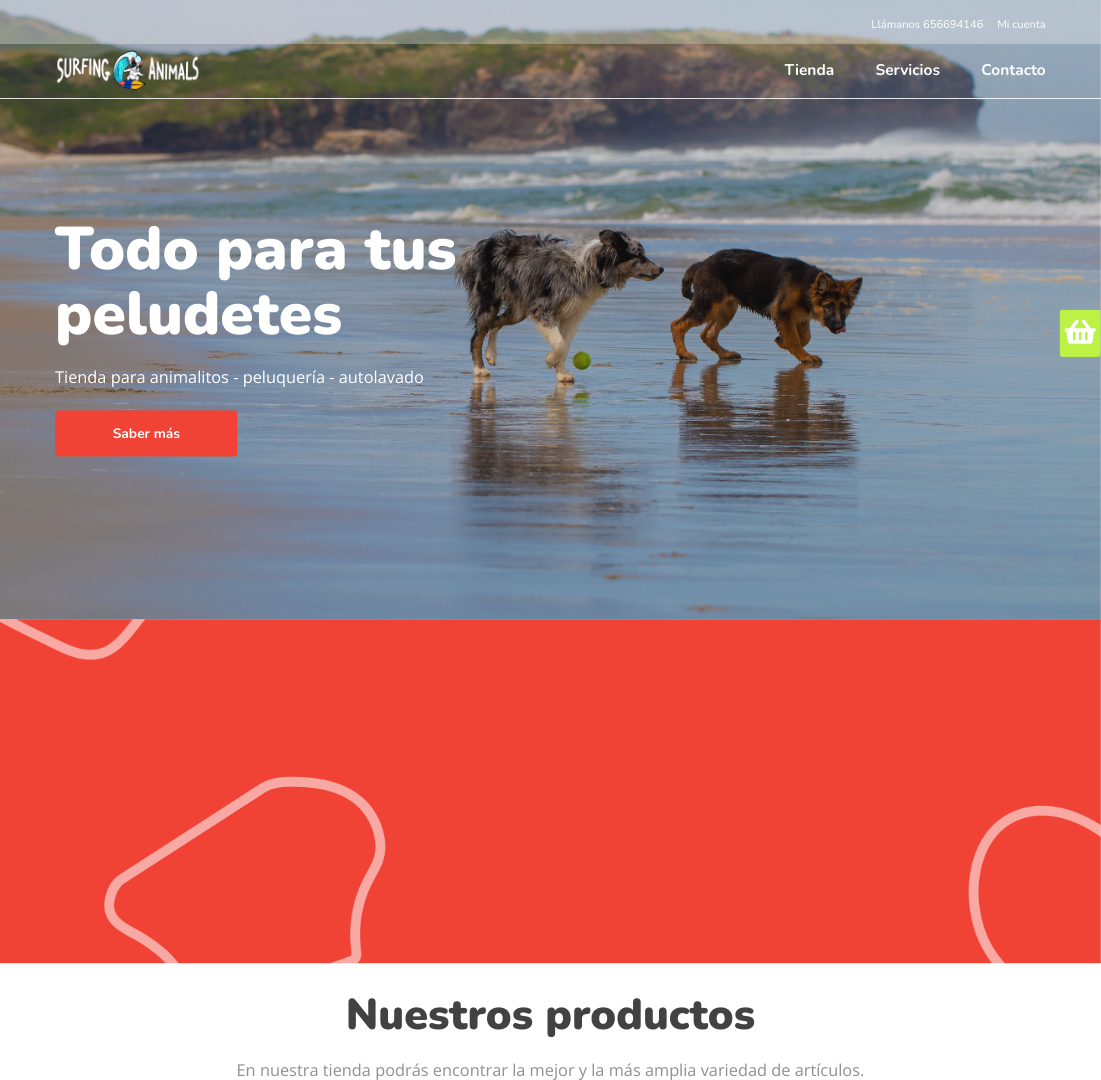
Repository: MarilynCuore/landingVet
Page: index.html
The author's editor kept a copy of each file at every save. The page is drawn from the files as they stood at one save, then again after the next save.
The browser window is 1280 px wide. The pictures show the part of the page from y = 0 to 1256 px (the page is 3064 px tall before and 2964 px after), at 86% of full size.
Pictures or frames that could not be fetched are drawn as grey boxes. Some web libraries are served in a nearby version. The style sheet was rebuilt from its Sass, Less or Tailwind sources for each picture, by a compiler version that may differ from the author's.

Above is the page before, as saved 2020-06-25 14:05:43.

### index.html
<!DOCTYPE html>
<html lang="en">

<head>
    <meta charset="UTF-8">
    <meta name="viewport" content="width=device-width, initial-scale=1.0">
    <title>Document</title>
    <link rel="stylesheet" href="./main.css">
    <link rel="stylesheet" href="https://cdnjs.cloudflare.com/ajax/libs/font-awesome/5.13.0/css/all.min.css">
    <link rel="stylesheet" href="./swiper-master/package/css/swiper.min.css">
    <script src="./swiper-master/package/js/swiper.js"></script>
    <script src="./main.js"></script>
</head>

<body>
    <a href="http://surfinganimals.tienda.today/#pl" class="store"><i class="fas fa-shopping-basket"></i>
    </a>
    <!--Nav-->
    <nav>
        <div class="top-bar">
            <div class="container">
                <ul>
                    <li>
                        <a href="tel:+34656694146">Llámanos 656694146</a>
                    </li>
                    <li>
                        <a href="http://surfinganimals.tienda.today/#login">Mi cuenta</a>
                    </li>
                </ul>
            </div>
        </div>
        <div class="bottom-bar">
            <div class="container">
                <ul>
                    <li>
                        <a href="">
                            <img class="logo" src="./assets/white.png" width="170">
                        </a>
                    </li>
                </ul>
                <ul>
                    <li>
                        <a href="http://surfinganimals.tienda.today/#pl">Tienda</a>
                    </li>
                    <li>
                        <a href="#service">Servicios</a>
                    </li>
                    <li>
                        <a href="#contact">Contacto</a>
                    </li>
                </ul>
            </div>

        </div>

    </nav>
    <a href=""></a>
    <header>
        <div class="container">
            <h1>Todo para tus peludetes</h1>
            <p>Tienda para animalitos - peluquería - autolavado</p>
            <a href="#info">Saber más</a>
        </div>

    </header>
    <section>

    </section>
    <section id="service">
        <div class="container">
            <div class="title">
                <h2>Nuestros productos</h2>
                <p>En nuestra tienda podrás encontrar la mejor y la más amplia variedad de artículos. <br>Tenemos más de
                    4.000 productos con los mejores precios especialmente <br>pensados para ti y para tu mejor amigo.</p>
            </div>
            <div class="grid">
                <div class="grid__container">
                    <div class="title">
                        <strong><a href="http://surfinganimals.tienda.today/#pl!eyJjIjozMTAxMjU4MiwicyI6IiIsInEiOiIxMiIsIm8iOiJpbWFnZSIsInBtaW4iOjAuMDEsInBtYXgiOjcwMy40Nn0=">Saber más</a></strong>
                        <span>Perros</span>
                    </div>
                </div>
                <div class="grid__container">
                    <div class="title">
                        <strong><a href="http://surfinganimals.tienda.today/#pl!eyJjIjozMTAxMjU4MywicyI6IiIsInEiOiIxMiIsIm8iOiJpbWFnZSIsInBtaW4iOjAuMDEsInBtYXgiOjcwMy40Nn0=">Saber más</a></strong>
                        <span>Gatos</span>
                    </div>
                </div>
                <div class="grid__container">
                    <div class="title">
                        <strong><a href="http://surfinganimals.tienda.today/#pl!eyJjIjozMTAxMjU4NCwicyI6IiIsInEiOiIxMiIsIm8iOiJpbWFnZSIsInBtaW4iOjAuMDEsInBtYXgiOjcwMy40Nn0=">Saber más</a></strong>
                        <span>Otros</span>
                    </div>
                </div>
            </div>
        </div>
    </section>
    <div class="swiper-container" id="info">
        <div class="swiper-wrapper">
            <div class="swiper-slide">
                <h1>Apertura <span>1 de junio</span> 2020</h1>
            </div>
            <div class="swiper-slide">
                <h1>LIBRE DE <span>COVID 19</span> <br> Desinfectamos diariamente con ozono</h1>
            </div>
            <div class="swiper-slide">
                <h1>PROMOCIÓN <span>20%</span> DE DESCUENTO <br> En todos los servicios de peluquería <br>
                    <small>(válido del 1 al 30 de junio del 2020)</small>
                </h1>
            </div>
        </div>
        <!-- If we need pagination -->
        <div class="swiper-pagination"></div>
        <!-- If we need navigation buttons -->
        <div class="swiper-button-prev"></div>
        <div class="swiper-button-next"></div>

    </div>
    <section id="contact">
        <div class="one">
            <div class="content container">
                <h3>Encuéntranos o ponte en contacto</h3>
                <div>
                    <p>Avenida de Xixo, 2  03502 Benidorm (Alicante)</p>
                    <a href="mailto:surfinganimalss@gmail.com">surfinganimalss@gmail.com</a>
                </div>
            </div>

        </div>
        <div class="two">
            <iframe
                src="https://www.google.com/maps/embed?pb=!1m18!1m12!1m3!1d3120.8457343049804!2d-0.1457208846487158!3d38.53732407962783!2m3!1f0!2f0!3f0!3m2!1i1024!2i768!4f13.1!3m3!1m2!1s0xd6204ce21245b81%3A0x5f329e0837acba10!2sAv.%20de%20Xixo%2C%202%2C%2003502%20Benidorm%2C%20Alicante!5e0!3m2!1ses!2ses!4v1590587822683!5m2!1ses!2ses"
                width="100%" height="450" frameborder="0" style="border:0;" allowfullscreen="" aria-hidden="false"
                tabindex="0"></iframe>
        </div>
    </section>
    <footer>
        <div class="container">
            <div>
                <ul>
                    <li>
                        <a href="">
                            <img src="./assets/footer.png" alt="" width="100">
                        </a>

                    </li>
                </ul>
            </div>
            <div>
                <h5>Tienda</h5>
                <ul>
                    <li>
                        <a href="http://surfinganimals.tienda.today/#pl!eyJjIjozMTAxMjU4MiwicyI6IiIsInEiOiIxMiIsIm8iOiJpbWFnZSIsInBtaW4iOjAuMDEsInBtYXgiOjcwMy40Nn0=">Perros</a>
                    </li>
                    <li>
                        <a href="http://surfinganimals.tienda.today/#pl!eyJjIjozMTAxMjU4MywicyI6IiIsInEiOiIxMiIsIm8iOiJpbWFnZSIsInBtaW4iOjAuMDEsInBtYXgiOjcwMy40Nn0=
                        ">Gatos</a>
                    </li>
                    <li>
                        <a href="http://surfinganimals.tienda.today/#pl!eyJjIjozMTAxMjU4NCwicyI6IiIsInEiOiIxMiIsIm8iOiJpbWFnZSIsInBtaW4iOjAuMDEsInBtYXgiOjcwMy40Nn0=">Otros animales</a>
                    </li>
                </ul>
            </div>
            <div>
                <h5>Enlaces</h5>
                <ul>
                    <li>
                        <a href="#contact">Contacto</a>
                    </li>
                    <li>
                        <a href="#service">Servicios</a>
                    </li>
                </ul>
            </div>
            <div>
                <h5>Instagram</h5>
                <div class="grid">
                    <a href=""></a>
                    <a href=""></a>
                    <a href=""></a>
                    <a href=""></a>
                    <a href=""></a>
                    <a href=""></a>
                </div>
            </div>
        </div>
    </footer>
</body>

</html>

### main.scss
@import url("https://fonts.googleapis.com/css2?family=Nunito:ital,wght@0,200;0,300;0,400;0,600;0,700;0,800;0,900;1,200;1,300;1,400;1,600;1,700;1,800;1,900&display=swap");
@import url("https://fonts.googleapis.com/css2?family=Open+Sans:ital,wght@0,300;0,400;0,600;0,700;0,800;1,300;1,400;1,600;1,700;1,800&display=swap");
$color-primary: #f04336;
html {
  scroll-behavior: smooth;
}
:root {
  --swiper-theme-color: #bbf243 !important;
}
.container {
  max-width: 90%;
  margin: 0 auto;
}
.store {
  position: fixed;
  right: 0;
  top: 50%;
  color: white;
  background-color: #bbf243;
  border-color: #ffffff;
  padding: 5px;
  text-decoration: none;
  font-weight: bold;
  font-family: "Nunito", sans-serif;
  border: 1px solid transparent;
  overflow: hidden;
  border-radius: 4px;
  font-size: 2rem;
  z-index: 999999999999;
}
.active {
  z-index: 10000;
  .top-bar {
    display: none;
  }
  background-color: white !important;
  .bottom-bar {
    padding-top: 0 !important;
    border-bottom: none !important;
  }
  ul {
    li {
      a {
        color: #adadad !important;
      }
    }
  }
}

nav {
  &.active {
    padding: 0;
  }
  background: transparent;
  position: fixed;
  left: 0;
  width: 100%;
  z-index: 10;
  border-bottom: solid 0.5px white;
  padding-top: 1rem;
  padding-bottom: 0;
  transition: all 0.3s ease-in-out;
  .top-bar {
    background-color: rgba(white, 0.3);
    position: fixed;
    top: 0;
    width: 100%;
    height: 35px;
    font-size: 13px;
    line-height: 1;
    z-index: 110;
    padding-top: 1rem;
    .container {
      margin-top: 5px;
      ul {
        display: flex;
        align-items: center;
        justify-content: flex-end;
        margin: 0px !important;
        li {
          list-style: none;
          a {
            text-decoration: none;
            color: white;
            font-size: 13px;
            font-weight: normal;
            font-family: "Nunito", sans-serif;
            &:hover {
              color: $color-primary;
            }
          }
          &:nth-of-type(1) {
            padding-right: 1rem;
          }
        }
      }
    }
  }
  .bottom-bar {
    padding-top: 2rem;
    .container {
      display: flex;
      align-items: center;
      justify-content: space-between;
      ul {
        width: 100%;
        margin: 0;
        padding-left: 0px;
        &:nth-of-type(2) {
          display: flex;
          align-self: center;
          justify-content: flex-end;
          li {
            padding-right: 3rem;
            &:last-child {
              padding-right: 0px !important;
            }
          }
        }
        li {
          list-style: none;
          a {
            text-decoration: none;
            color: white;
            font-size: 18px;
            font-weight: bold;
            font-family: "Nunito", sans-serif;
            img {
              padding-top: 0.5rem;
            }
            &:hover {
              color: $color-primary;
            }
          }
        }
      }
    }
  }
}
header {
  background-image: url("./assets/bg-vet.jpg");
  background-size: cover;
  background-position: bottom;
  background-repeat: no-repeat;
  height: 100vh;
  width: 100vw;
  position: relative;
  .container {
    padding-top: 2em;
    height: 100%;
    display: flex;
    flex-direction: column;
    align-items: flex-start;
    justify-content: center;

    h1 {
      z-index: 9;
      visibility: visible;
      text-align: left;
      line-height: 75px;
      letter-spacing: 0px;
      font-weight: 900;
      font-size: 70px;
      border-color: rgb(143, 144, 147);
      border-style: none;
      margin: 0px;
      padding: 0px;
      color: white;
      white-space: normal;
      width: 645px;
      height: auto;
      font-family: "Nunito", sans-serif;
    }
    p {
      z-index: 10;
      font-family: "Open Sans";
      visibility: visible;
      text-align: left;
      line-height: 30px;
      letter-spacing: 0px;
      font-weight: 400;
      font-size: 19px;
      border-color: rgb(143, 144, 147);
      border-style: none;
      margin: 0px;
      padding: 0px;
      color: white;
      white-space: normal;
      width: 639px;
      height: auto;
      padding-top: 1.2rem;
      padding-bottom: 1.5rem;
      font-family: "Open Sans", sans-serif;
    }
    a {
      color: white;
      background-color: $color-primary;
      border-color: #ffffff;
      padding: 15px 66px;
      text-decoration: none;
      font-weight: bold;
      font-family: "Nunito", sans-serif;
      border: 1px solid transparent;
      overflow: hidden;
      border-radius: 4px;
    }
  }
}
.swiper-container {
  .swiper-slide {
    font-family: "Nunito", sans-serif;
    display: flex;
    justify-content: center;
    align-items: center;
    color: white;
    height: 400px;
    background-size: cover;
    background-position: center;
    background-color: rgba(#3e3e3e, 0.2);
    background-blend-mode: lighten;
    h1 {
      font-size: 40px;
      width: 80%;
      text-align: center;
      span {
        transform: translateY(-6px);
        display: inline-block;
        z-index: 1;
        background: $color-primary;
        padding: 5px 15px;
        color: white;
        font-size: 22px;
        clip-path: polygon(0 0, 100% 0, 90% 100%, 10% 100%);
        font-family: "Nunito", sans-serif;
        font-size: 1.3rem;
        font-weight: bold;
        transition: all 0.5s ease;
      }
      small {
        font-size: 16px;
      }
    }
    &:nth-child(1) {
      background-image: url("https://images.unsplash.com/photo-1554149944-5ca79e771636?ixlib=rb-1.2.1&ixid=eyJhcHBfaWQiOjEyMDd9&auto=format&fit=crop&w=1950&q=80");
    }
    &:nth-child(2) {
      background-image: url("https://images.unsplash.com/photo-1587131593450-168211a8c312?ixlib=rb-1.2.1&ixid=eyJhcHBfaWQiOjEyMDd9&auto=format&fit=crop&w=2000&q=80");
    }
    &:nth-child(3) {
      background-image: url("https://images.unsplash.com/photo-1516734212186-a967f81ad0d7?ixlib=rb-1.2.1&ixid=eyJhcHBfaWQiOjEyMDd9&auto=format&fit=crop&w=1951&q=80");
    }
  }
}
section {
  &:nth-of-type(1){
    width: 100%;
    height: 400px;
    background-image: url('./assets/background-red.png');
    background-size: cover;
    background-position: center;
    background-repeat: no-repeat;
  }
  &:nth-of-type(2) {
    padding-bottom: 3.5rem;
    .container {
      .title {
        h2 {
          font-size: 50px;
          line-height: 1.1em;
          text-align: center;
          color: #424242;
          font-weight: bold;
          margin: 0;
          padding: 0;
          padding-top: 2rem;
          padding-bottom: 1.3rem;
          font-family: "Nunito", sans-serif;
          font-weight: 900;
        }
        p {
          color: #8f9093;
          font-size: 19px;
          line-height: 32px;
          text-align: center;
          margin: 0;
          padding: 0;
          font-family: "Open Sans", sans-serif;
        }
      }
      .grid {
        padding-top: 2rem;
        height: 500px;
        position: relative;
        max-width: 100%;
        margin: 0 auto;
        display: flex;
        &__container {
          background-size: cover;
          background-position: center;
          background-repeat: no-repeat;
          padding: 20px;
          display: grid;
          place-items: center;
          text-align: center;
          color: white;
          transition: 0.3s;
          border-radius: 6px;
          display: flex;
          align-items: flex-end;
          flex: 1 1 auto;
          transition: 0.5s;
          &:hover {
            flex: 2 1 auto;
          }
          .title {
            margin-bottom: 2em;
            display: flex;
            justify-content: center;
            width: 100%;
            position: relative;
            cursor: pointer;
            &:hover {
              strong {
                top: -35px;
                opacity: 1;
                color: black;
                border-radius: 0;
                transform: scale(1);
              }
            }
            strong {
              transition: all 0.5s ease;
              overflow: hidden;
              opacity: 1;
              display: block;
              position: absolute;
              top: 5px;
              z-index: 0;
              transform: scale(0);
              padding: 5px 10px;
              background: white;
              color: white;
              font-family: "Nunito", sans-serif;
              a {
                color: $color-primary;
                text-decoration: none;
                cursor: pointer;
              }
              &:hover {
                & + span {
                  background-color: $color-primary;
                  color: white;
                }
              }
            }
            span {
              z-index: 1;
              background: white;
              padding: 5px 15px;
              color: $color-primary;
              font-size: 18px;
              clip-path: polygon(0 0, 100% 0, 90% 100%, 10% 100%);
              font-family: "Nunito", sans-serif;
              font-size: 1.3rem;
              font-weight: bold;
              transition: all 0.5s ease;
              &:hover {
                background: $color-primary;
                color: white;
              }
            }
          }
          &:nth-child(1) {
            margin-right: 10px;
            background-image: url("https://images.unsplash.com/photo-1504826260979-242151ee45b7?ixlib=rb-1.2.1&ixid=eyJhcHBfaWQiOjEyMDd9&auto=format&fit=crop&w=934&q=80");
            background-position: bottom;
          }
          &:nth-child(2) {
            margin-right: 10px;
            background-image: url("https://images.unsplash.com/photo-1574231164645-d6f0e8553590?ixlib=rb-1.2.1&ixid=eyJhcHBfaWQiOjEyMDd9&auto=format&fit=crop&w=1035&q=80");
          }
          &:nth-child(3) {
            margin-right: 10px;
            background-image: url("https://images.unsplash.com/photo-1529040274442-815019b0e4fc?ixlib=rb-1.2.1&auto=format&fit=crop&w=933&q=80");
          }
        }
      }
    }
  }
  &:nth-of-type(3) {
    display: flex;
    width: 100%;
    justify-content: space-between;
    width: 100%;
    .one {
      width: 50%;
      background-color: #ededed;
      .content {
        display: flex;
        flex-direction: column;
        align-items: center;
        justify-content: center;
        height: 100%;
        h3 {
          color: #424242;
          font-family: "Nunito", sans-serif;
          font-weight: 900;
          text-align: center;
          word-wrap: break-word;
          font-size: 40px;
          margin: 0;
          padding: 0;
        }
        div {
          display: flex;
          flex-direction: column;
          justify-content: center;
          align-items: center;
          p {
            font-size: 15px;
            font-weight: 400;
            line-height: 25px;
            color: #8f9093;
            font-family: "Open Sans";
            text-align: center;
          }
          a {
            font-size: 15px;
            font-weight: bold;
            line-height: 25px;
            color: $color-primary;
            font-family: "Open Sans";
            text-decoration: none;
          }
        }
      }
    }
    .two {
      width: 50%;
      iframe {
        display: block;
      }
    }
  }
}
footer {
  .container {
    display: flex;
    justify-content: space-between;
    align-items: flex-start;
    padding-top: 3rem;
    padding-bottom: 2rem;
    div {
      width: 33%;
      h5 {
        color: #4a4a4a;
        font-weight: 900;
        font-family: "Nunito", sans-serif;
        font-size: 24px;
        margin: 0;
      }
      ul {
        padding: 0px;
        li {
          list-style: none;
          p {
            color: #8f9093;
            text-align: left;
            font-family: "Open Sans";
            font-size: 15px;
            font-weight: 400;
            line-height: 25px;
            margin: 34px 0px 0px;
          }
          a {
            color: #8f9093;
            text-decoration: none;
            font-size: 15px;
            font-weight: 400;
            line-height: 25px;
            font-family: "Open Sans";
            &:hover {
              color: $color-primary;
            }
          }
        }
      }
      .grid {
        display: flex;
        align-items: center;
        justify-content: flex-start;
        flex-wrap: wrap;
        width: 100%;
        padding-top: 1rem;
        a {
          width: calc(33% - 2px);
          height: 85px;
          margin: 1px;
          background-size: cover;
          background-position: center;
          background-repeat: no-repeat;
          &:hover {
            transition: all 0.1s ease;
            transform: scale(0.9) rotate(10deg);
          }
          &:nth-of-type(1) {
            background-image: url("https://images.unsplash.com/photo-1494256997604-768d1f608cac?ixlib=rb-1.2.1&ixid=eyJhcHBfaWQiOjEyMDd9&auto=format&fit=crop&w=2001&q=80");
          }
          &:nth-of-type(2) {
            background-image: url("https://images.unsplash.com/photo-1507146426996-ef05306b995a?ixlib=rb-1.2.1&ixid=eyJhcHBfaWQiOjEyMDd9&auto=format&fit=crop&w=1950&q=80");
          }
          &:nth-of-type(3) {
            background-image: url("https://images.unsplash.com/photo-1536612125961-dca53f20363d?ixlib=rb-1.2.1&auto=format&fit=crop&w=1950&q=80");
          }
          &:nth-of-type(4) {
            background-image: url("https://images.unsplash.com/photo-1586326709898-0a344840a314?ixlib=rb-1.2.1&auto=format&fit=crop&w=1950&q=80");
          }
          &:nth-of-type(5) {
            background-image: url("https://images.unsplash.com/photo-1518794183325-56eed2af11fa?ixlib=rb-1.2.1&ixid=eyJhcHBfaWQiOjEyMDd9&auto=format&fit=crop&w=1867&q=80");
          }
          &:nth-of-type(6) {
            background-image: url("https://images.unsplash.com/photo-1425082661705-1834bfd09dca?ixlib=rb-1.2.1&ixid=eyJhcHBfaWQiOjEyMDd9&auto=format&fit=crop&w=1955&q=80");
          }
        }
      }
    }
  }
}
body {
  margin: 0;
  padding: 0;
}
@media only screen and (max-width: 646px) {
  header {
    .container {
      align-items: center !important;
      h1 {
        text-align: center !important;
      }
      p {
        text-align: center !important;
      }
    }
  }
  section {
    &:nth-of-type(1) {
      .container {
        .grid {
          flex-direction: column;
          &__container {
            &:nth-of-type(1) {
              margin-bottom: 10px;
              padding-left: 0px !important;
            }
            &:nth-of-type(2) {
              margin-bottom: 10px;
              padding-left: 0px !important;
            }
          }
        }
      }
    }
    &:nth-of-type(2) {
      flex-direction: column;
      .one {
        width: 100% !important;
        padding-top: 1rem;
        padding-bottom: 1rem;
      }
      .two {
        width: 100% !important;
      }
    }
  }
  footer {
    .container {
      flex-direction: column;
      div {
        width: 100% !important;
        ul {
          display: flex;
          flex-direction: column;
          align-items: center;
          justify-content: center;
        }
        h5 {
          text-align: center;
        }
      }
    }
  }
}

Loaded but not shown: swiper-master/package/css/swiper.min.css (library); swiper-master/package/js/swiper.js (library); main.js (32 lines, source omitted)

After the next save:
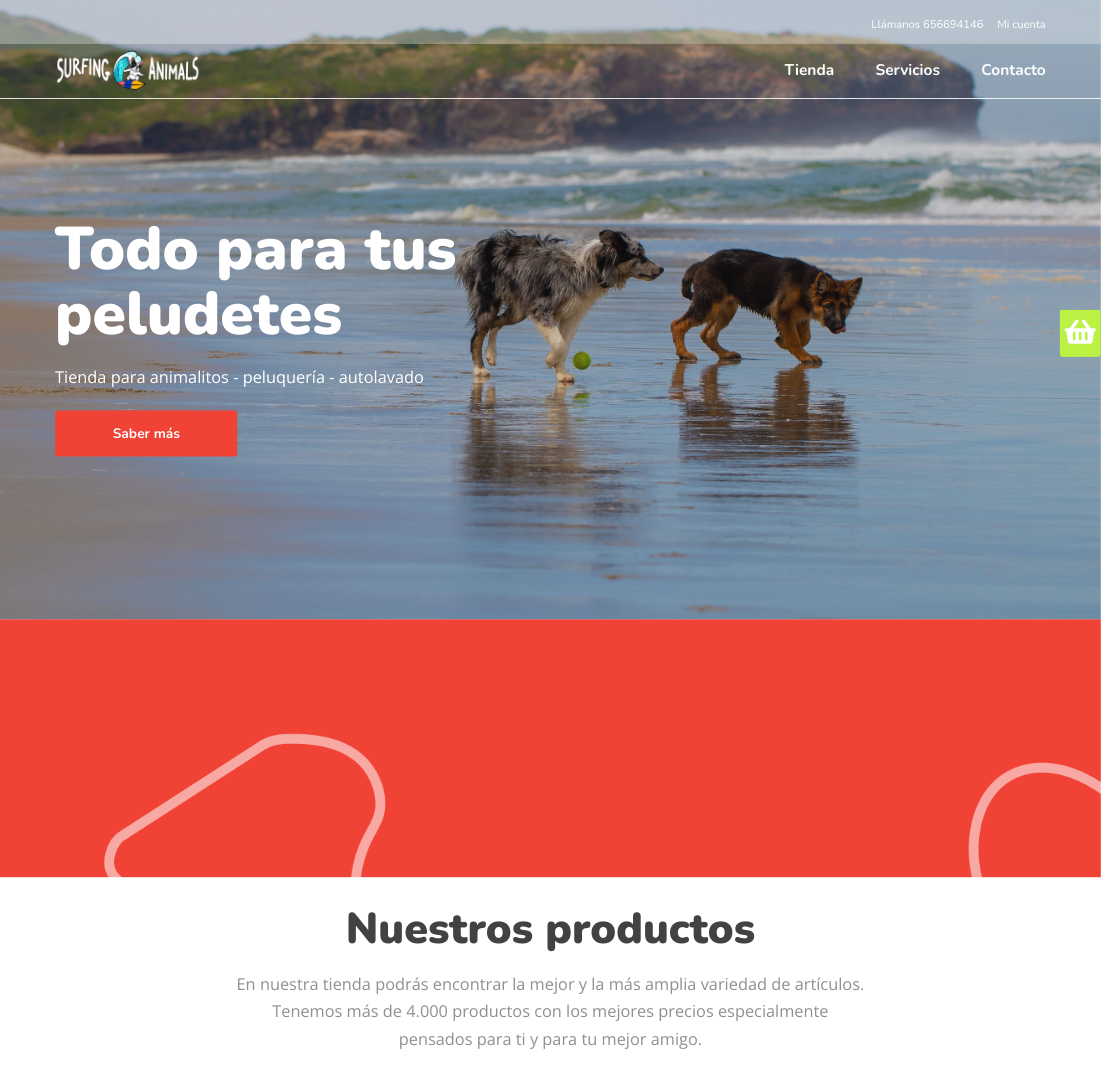
Saved 21 s later.
--- a/main.scss
+++ b/main.scss
@@ -254,7 +254,7 @@ header {
 section {
   &:nth-of-type(1){
     width: 100%;
-    height: 400px;
+    height: 300px;
     background-image: url('./assets/background-red.png');
     background-size: cover;
     background-position: center;
